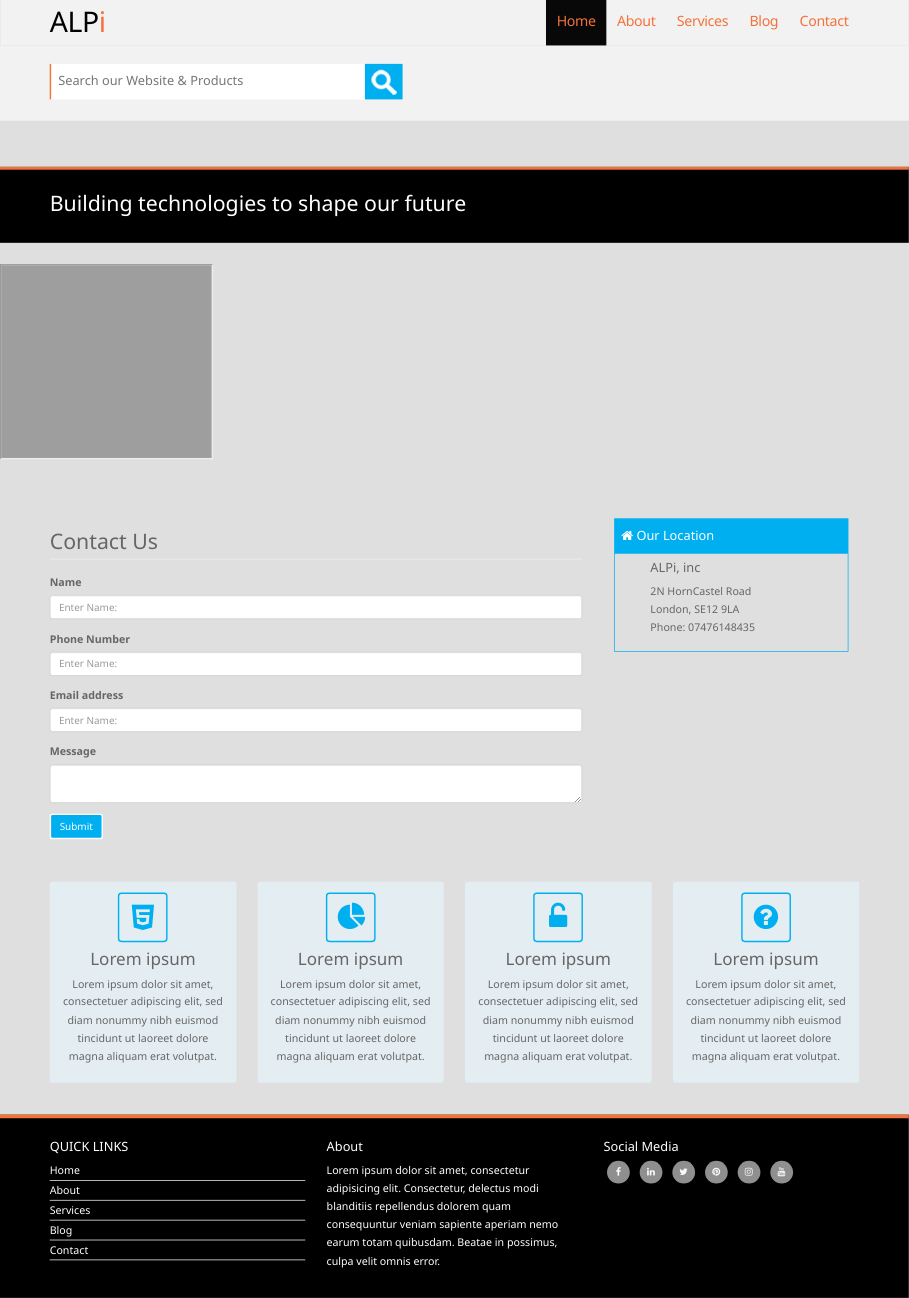
Repository: aleksandriprifti/alpiproject
Page: contact.html
The author's editor kept a record of every edit. The page is drawn from the files as they stood at one moment, then again after the next edit.
The browser window is 1280 px wide. The pictures show the whole page, at 71% of full size.
Pictures or frames that could not be fetched are drawn as grey boxes.

Above is the page before.

After the next edit:
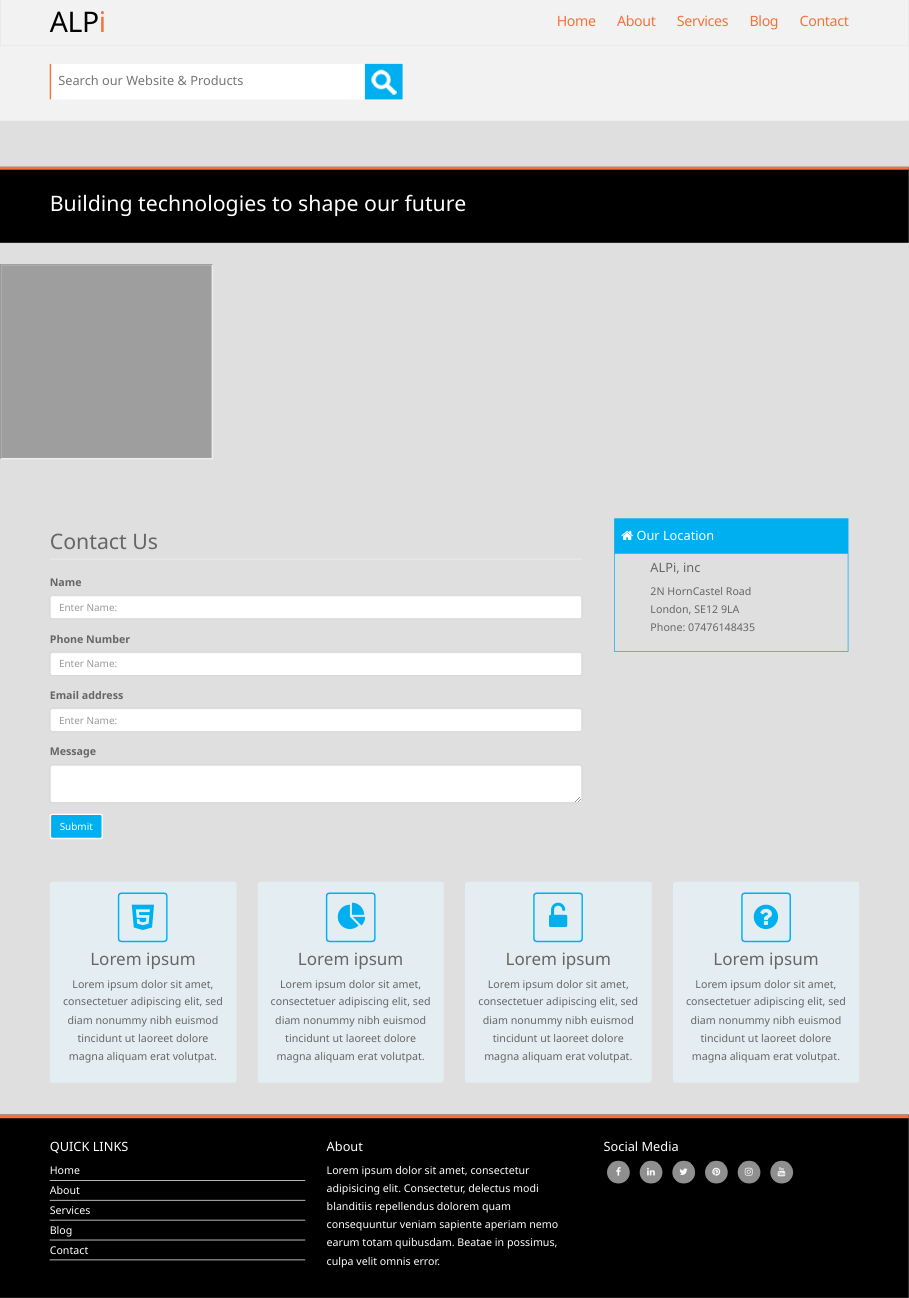
The edit:
--- a/contact.html
+++ b/contact.html
@@ -29,7 +29,7 @@
         </div>
         <div id="navbar" class="collapse navbar-collapse">
           <ul class="nav navbar-nav pull-right">
-            <li class="active"><a href="index.html">Home</a></li>
+            <li><a href="index.html">Home</a></li>
             <li><a href="about.html">About</a></li>
             <li><a href="services.html">Services</a></li>
             <li><a href="blog.html">Blog</a></li>
